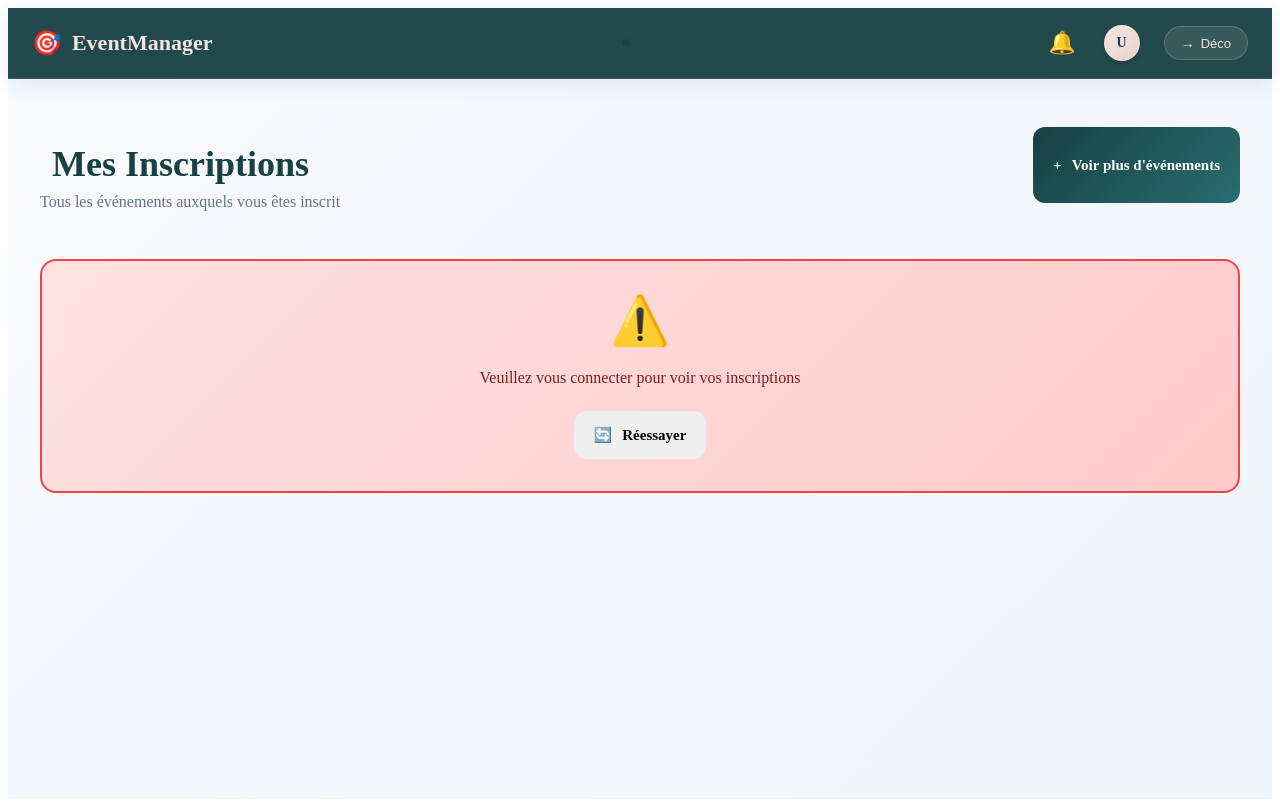
Repository: RADJA-A/DahiliRadja_Pjt_IW
Page: /participant/mes-inscriptions (app in Front/gerement/)
An editor plug-in stored every save of this project. The page is shown before and after the next save, followed by the edit.
The browser window is 1280 px wide. The pictures show the whole page.
The project was rebuilt for these pictures with package versions that can differ from the ones it lists, and the page was loaded fresh each time. Also part of the build but not shown: Front/gerement/angular.json, Front/gerement/src/app/pages/home/home.component.ts, Front/gerement/src/app/components/avantages/avantages.component.ts, Front/gerement/src/app/components/procedure/procedure.component.ts, Front/gerement/src/app/components/services/services.component.ts, Front/gerement/src/app/pages/login/login.component.ts, Front/gerement/src/app/core/services/auth.service.ts, Front/gerement/src/app/pages/signin/signin.component.ts and 8 more.

Above is the page before, as saved 2025-12-15 20:08:42.

### Front/gerement/src/index.html
<!doctype html>
<html lang="en">
<head>
  <meta charset="utf-8">
  <title>Gerement</title>
  <base href="/">
  <meta name="viewport" content="width=device-width, initial-scale=1">
   <link rel="icon" type="image/x-icon" href="1.png">
</head>
<body>


  <app-root></app-root>
</body>
</html>

### Front/gerement/src/app/app.config.ts
import { ApplicationConfig, provideZoneChangeDetection } from '@angular/core';
import { provideRouter } from '@angular/router';
import { provideHttpClient, withInterceptors } from '@angular/common/http';
import { routes } from './app.routes';
import { authInterceptor } from './interceptors/auth.interceptor'; // Notez : pas de AuthInterceptor class

export const appConfig: ApplicationConfig = {
  providers: [
    provideZoneChangeDetection({ eventCoalescing: true }),
    provideRouter(routes),
    provideHttpClient(
      withInterceptors([authInterceptor])  // Utilisez la fonction
    )
  ]
};

### Front/gerement/src/app/app.component.ts
import { Component } from '@angular/core';
import { CommonModule } from '@angular/common';
import { Router, RouterOutlet, NavigationEnd } from '@angular/router';
import { HeaderComponent } from './components/header/header.component';
import { FooterComponent } from './components/footer/footer.component';
import { NavbarComponent } from './components/navbar/navbar.component';
import { filter } from 'rxjs/operators';

@Component({
  selector: 'app-root',
  standalone: true,
  imports: [
    CommonModule,
    RouterOutlet,
    HeaderComponent,
    FooterComponent,
    NavbarComponent // ← Ajout
  ],
  templateUrl: './app.component.html',
  styleUrls: ['./app.component.css']
})
export class AppComponent {
  title = 'gerement';
  showNavbar = false;

  constructor(private router: Router) {
    // Déterminer quand afficher la navbar
    this.router.events.pipe(
      filter(event => event instanceof NavigationEnd)
    ).subscribe((event: any) => {
      const url = event.url;
      this.showNavbar = !['/', '/login', '/signin'].includes(url);
    });
  }
}

### Front/gerement/src/app/app.routes.ts
import { Routes } from '@angular/router';
import { HomeComponent } from './pages/home/home.component';
import { LoginComponent } from './pages/login/login.component';
import { SigninComponent } from './pages/signin/signin.component';

// Organisateur
import { DashboardOrganisateurComponent } from './pages/organisateur/dashboard-organisateur/dashboard-organisateur.component';
import { MesEvenementsComponent } from './pages/organisateur/mes-evenements/mes-evenements.component';
import { CreerEvenementComponent } from './pages/organisateur/creer-evenement/creer-evenement.component';
import { ParticipantsEvenementComponent } from './pages/organisateur/participants-evenement/participants-evenement.component';
import { ModifierEvenementComponent } from './pages/organisateur/modifier-evenement/modifier-evenement.component';
// Participant
import { EvenementsDisponiblesComponent } from './pages/participant/evenements-disponibles/evenements-disponibles.component';
import { MesInscriptionsComponent } from './pages/participant/mes-inscriptions/mes-inscriptions.component';
import { DetailEvenementComponent } from './pages/participant/detail-evenement/detail-evenement.component';

export const routes: Routes = [
  { path: '', component: HomeComponent },
  { path: 'login', component: LoginComponent },
  { path: 'signin', component: SigninComponent },

  // Routes Organisateur
  { path: 'organisateur/dashboard', component: DashboardOrganisateurComponent },
  { path: 'organisateur/mes-evenements', component: MesEvenementsComponent },
  { path: 'organisateur/creer-evenement', component: CreerEvenementComponent },
   { path: 'organisateur/modifier-evenement/:id', component: ModifierEvenementComponent }, // ← AJOUT

  { path: 'organisateur/participants/:id', component: ParticipantsEvenementComponent },

  // Routes Participant
  { path: 'participant/evenements', component: EvenementsDisponiblesComponent },
  { path: 'participant/mes-inscriptions', component: MesInscriptionsComponent },
  { path: 'participant/evenement/:id', component: DetailEvenementComponent },

  { path: '**', redirectTo: '' }
];

### Front/gerement/src/app/interceptors/auth.interceptor.ts
// src/app/interceptors/auth.interceptor.ts
import { HttpInterceptorFn } from '@angular/common/http';
import { inject } from '@angular/core';
import { AuthService } from '../services/auth.service';

export const authInterceptor: HttpInterceptorFn = (req, next) => {
  const authService = inject(AuthService);
  const authHeaders = authService.getAuthHeaders();

  // Si pas de headers d'auth, passer à la suite
  if (Object.keys(authHeaders).length === 0) {
    return next(req);
  }

  // Pas besoin de convertir, authHeaders est déjà un objet simple
  const authReq = req.clone({
    setHeaders: authHeaders
  });

  return next(authReq);
};

### Front/gerement/src/app/app.component.html
<app-header *ngIf="!showNavbar"></app-header>
<app-navbar *ngIf="showNavbar"></app-navbar>
<router-outlet></router-outlet>
<app-footer *ngIf="!showNavbar"></app-footer>

### Front/gerement/src/app/components/header/header.component.ts
import { Component } from '@angular/core';
import { Router, RouterModule } from '@angular/router';

@Component({
  selector: 'app-header',
  standalone: true,
  imports: [RouterModule],
  templateUrl: './header.component.html',
  styleUrls: ['./header.component.css']
})
export class HeaderComponent {
  constructor(private router: Router) {}

  navigateToLogin() {
    this.router.navigate(['/login']);
  }

  navigateToSignin() {
    this.router.navigate(['/signin']);
  }

}

### Front/gerement/src/app/components/navbar/navbar.component.ts
import { Component, OnInit } from '@angular/core';
import { Router, RouterModule } from '@angular/router';
import { CommonModule } from '@angular/common';
import { NotificationsComponent } from '../notifications/notifications.component';
import { NotificationService } from '../../services/notification.service';

@Component({
  selector: 'app-navbar',
  imports: [CommonModule, NotificationsComponent, RouterModule],
  templateUrl: './navbar.component.html',
  styleUrls: ['./navbar.component.css']
})
export class NavbarComponent implements OnInit {
  user: any;
  notificationsCount = 0;
  showNotifications = false;

  constructor(
    private router: Router,
    private notificationService: NotificationService
  ) {}

  ngOnInit() {
    this.loadUser();
  }

  loadUser() {
    const userStr = localStorage.getItem('user');
    if (userStr) {
      this.user = JSON.parse(userStr);
      this.loadNotificationsCount();
    }
  }

  loadNotificationsCount() {
    this.notificationService.getNotificationsNonLues(this.user.id).subscribe(
      (notifications) => {
        this.notificationsCount = notifications.length;
      }
    );
  }

  toggleNotifications() {
    this.showNotifications = !this.showNotifications;
  }

  logout() {
    localStorage.removeItem('user');
    this.router.navigate(['/login']);
  }

  isOrganisateur(): boolean {
    const role = this.user?.role;
    return role === 'ORGANIZER' || role === 'ADMIN';
  }

  isParticipant(): boolean {
    const role = this.user?.role;
    return role === 'PARTICIPANT';
  }

  getUserInitials(): string {
    if (!this.user) return 'U';
    const first = this.user.prenom?.[0] || '';
    const last = this.user.nom?.[0] || '';
    return (first + last).toUpperCase() || 'U';
  }

  getUserRole(): string {
    if (!this.user) return '';
    const roles: { [key: string]: string } = {
      'ORGANIZER': 'Organisateur',
      'ADMIN': 'Administrateur',
      'PARTICIPANT': 'Participant'
    };
    return roles[this.user.role] || this.user.role;
  }
}

### Front/gerement/src/app/components/header/header.component.html
<div id="logindiv">
  <nav>
    <h1>Gerement</h1>
    <ul class="liste">
      <li><a href="#avantages">Avantages</a></li>
      <li><a href="#services">Nos services</a></li>
      <li><a href="#procedure">Procedure</a></li>
    </ul>

    <!-- Wrap the buttons -->
    <div class="button-group">
      <button id="connectbtn" (click)="navigateToLogin()">Se connecter</button>
      <button id="signinbtn" (click)="navigateToSignin()">S'inscrire</button>
    </div>
  </nav>
</div>

### Front/gerement/src/app/components/header/header.component.css
*{
    font-family: DM sans-serif ;
}


body::-webkit-scrollbar {
    width : 10px;
}

body::-webkit-scrollbar-track {
    background :#174143;
}

body::-webkit-scrollbar-thumb {
    background-color :#F5E5E1;
    border-radius: 10px 10px ;
}


nav {
    display: flex;
    justify-content: space-between; /* h1 left, everything else right */
    align-items: center;
    padding: 0 20px;
}

.button-group {
    display: flex;
    gap: 10px; /* space between the two buttons */
}


nav h1 {
    color: #174143;
    margin: 0;
}

nav ul {
    display: flex;
    list-style: none;
    margin: 0;
    padding: 0;
    gap: 30px;
    align-items: center;
    font-size: 20px;
}

nav ul li {
    margin: 0;
    padding: 0;
}

nav ul li a {
    text-decoration: none;
    color: black;
    line-height: 1;
    display: flex;
    align-items: center;
}

nav ul li a:hover{
    font-weight: bold;
}


button{
    border: none;
    border-radius: 50px;
     background-color:  #174143;
    color: white;
    height : 48px;
    width : 134px;
    font-size: 19px;
}

button:hover{
    cursor: pointer;
    transition : 0.2s ease-in-out  ;
    background-color:  #F5E5E1;
    color:  #174143;
}

### Front/gerement/src/app/components/footer/footer.component.html
<footer class="custom-footer">
  <div class="footer-section">
    <p>Université d'alger 1</p>
    <p>Alger centre</p>
    <p>Alger, Algerie</p>
  </div>



  <div class="footer-bottom">
    <p>Gerement™</p>
    <p>© 2025 All Rights Reserved</p>
  </div>
</footer>

### Front/gerement/src/app/components/footer/footer.component.css
.custom-footer {
  background: #174143;
  padding: 30px;
  text-align: center;
  color: #F5E5E1;
  font-family: Arial, sans-serif;
  border-top: 1px solid #ddd;
}


.footer-bottom {
  margin-top: 15px;
  font-size: 13px;
  color: #d7beb8;
}

### Front/gerement/src/app/components/navbar/navbar.component.html
<nav class="navbar">
  <div class="navbar-container">
    <!-- Brand -->
    <div class="navbar-brand">
      <div class="brand-content">
        <span class="brand-icon">🎯</span>
        <h2>Event<span class="highlight">Manager</span></h2>
      </div>
    </div>

    <!-- Menu -->
    <div class="navbar-menu">
      <ng-container *ngIf="isOrganisateur()">
        <a [routerLink]="['/organisateur/dashboard']"
           routerLinkActive="active"
           class="menu-link">
          <span class="link-icon"></span>
          Dashboard
        </a>
        <a [routerLink]="['/organisateur/mes-evenements']"
           routerLinkActive="active"
           class="menu-link">
          <span class="link-icon">📅</span>
          Mes Événements
        </a>
        <a [routerLink]="['/organisateur/creer-evenement']"
           routerLinkActive="active"
           class="menu-link create-btn">
          <span class="link-icon">+</span>
          Créer
        </a>
      </ng-container>

      <ng-container *ngIf="isParticipant()">
        <a [routerLink]="['/participant/evenements']"
           routerLinkActive="active"
           class="menu-link">
          <span class="link-icon">🎪</span>
          Événements
        </a>
        <a [routerLink]="['/participant/mes-inscriptions']"
           routerLinkActive="active"
           class="menu-link">
          <span class="link-icon">📋</span>
          Mes Inscriptions
        </a>
      </ng-container>
    </div>

    <!-- Actions -->
    <div class="navbar-actions">
      <!-- Notifications -->
      <div class="notification-container" (click)="toggleNotifications()">
        <div class="notification-icon" [class.has-notif]="notificationsCount > 0">
          🔔
          <span class="notification-badge" *ngIf="notificationsCount > 0">
            {{ notificationsCount }}
          </span>
        </div>
      </div>

      <!-- User -->
      <div class="user-container">
        <div class="user-avatar">
          {{ getUserInitials() }}
        </div>
        <div class="user-info">
          <span class="user-name">{{ user?.prenom }} {{ user?.nom }}</span>
          <span class="user-role">{{ getUserRole() }}</span>
        </div>
        <button class="logout-btn" (click)="logout()">
          <span class="logout-icon">→</span>
          Déco
        </button>
      </div>
    </div>
  </div>

  <!-- Notifications Panel -->
  <app-notifications *ngIf="showNotifications" [userId]="user?.id"></app-notifications>
</nav>

### Front/gerement/src/app/components/navbar/navbar.component.css
/* Navbar */
.navbar {
  background: rgba(23, 65, 67, 0.95);
  backdrop-filter: blur(10px);
  box-shadow: 0 4px 24px rgba(23, 65, 67, 0.1);
  border-bottom: 1px solid rgba(245, 229, 225, 0.1);
  position: sticky;
  top: 0;
  z-index: 1000;
}

.navbar-container {
  max-width: 1400px;
  margin: 0 auto;
  padding: 0 24px;
  height: 70px;
  display: flex;
  justify-content: space-between;
  align-items: center;
  gap: 30px;
}

/* Brand */
.brand-content {
  display: flex;
  align-items: center;
  gap: 10px;
  cursor: pointer;
}

.brand-content:hover {
  opacity: 0.9;
}

.brand-icon {
  font-size: 24px;
}

.navbar-brand h2 {
  color: #F5E5E1;
  font-size: 22px;
  font-weight: 700;
  margin: 0;
}

.highlight {
  color: #F5E5E1;
  font-weight: 800;
}

/* Menu */
.navbar-menu {
  display: flex;
  gap: 2px;
  background: rgba(0, 0, 0, 0.1);
  padding: 4px;
  border-radius: 12px;
}

.menu-link {
  display: flex;
  align-items: center;
  gap: 8px;
  color: rgba(245, 229, 225, 0.8);
  text-decoration: none;
  font-weight: 500;
  font-size: 14px;
  padding: 10px 18px;
  border-radius: 8px;
  transition: all 0.3s ease;
}

.menu-link:hover {
  color: #F5E5E1;
  background: rgba(245, 229, 225, 0.1);
  transform: translateY(-1px);
}

.menu-link.active {
  color: #F5E5E1;
  background: rgba(245, 229, 225, 0.15);
  box-shadow: 0 2px 8px rgba(0, 0, 0, 0.1);
}

.link-icon {
  font-size: 16px;
  transition: transform 0.3s ease;
}

.menu-link:hover .link-icon,
.menu-link.active .link-icon {
  transform: scale(1.1);
}

/* Create Button */
.create-btn {
  background: linear-gradient(135deg, #174143, #2a5d5f);
  color: white !important;
  font-weight: 600;
  margin-left: 4px;
}

.create-btn:hover {
  background: linear-gradient(135deg, #2a5d5f, #3c6f71);
  transform: translateY(-2px);
  box-shadow: 0 4px 12px rgba(23, 65, 67, 0.3);
}

/* Actions */
.navbar-actions {
  display: flex;
  align-items: center;
  gap: 20px;
}

/* Notifications */
.notification-container {
  position: relative;
  cursor: pointer;
}

.notification-icon {
  font-size: 22px;
  padding: 8px;
  border-radius: 50%;
  transition: all 0.3s ease;
  position: relative;
}

.notification-icon:hover {
  background: rgba(245, 229, 225, 0.1);
  transform: scale(1.1);
}

.notification-icon.has-notif {
  animation: bellRing 0.5s ease;
}

@keyframes bellRing {
  0%, 100% { transform: rotate(0); }
  25% { transform: rotate(15deg); }
  75% { transform: rotate(-15deg); }
}

.notification-badge {
  position: absolute;
  top: 0;
  right: 0;
  background: #ff4757;
  color: white;
  border-radius: 50%;
  min-width: 18px;
  height: 18px;
  font-size: 10px;
  font-weight: 700;
  display: flex;
  align-items: center;
  justify-content: center;
  border: 2px solid #174143;
}

/* User */
.user-container {
  display: flex;
  align-items: center;
  gap: 12px;
}

.user-avatar {
  width: 36px;
  height: 36px;
  border-radius: 50%;
  background: linear-gradient(135deg, #F5E5E1, #e8d4cf);
  color: #174143;
  font-weight: 700;
  font-size: 14px;
  display: flex;
  align-items: center;
  justify-content: center;
  box-shadow: 0 2px 6px rgba(0, 0, 0, 0.2);
}

.user-info {
  display: flex;
  flex-direction: column;
}

.user-name {
  color: #F5E5E1;
  font-weight: 600;
  font-size: 14px;
}

.user-role {
  color: rgba(245, 229, 225, 0.6);
  font-size: 11px;
  text-transform: uppercase;
  letter-spacing: 0.5px;
}

/* Logout Button */
.logout-btn {
  display: flex;
  align-items: center;
  gap: 6px;
  background: rgba(245, 229, 225, 0.1);
  color: #F5E5E1;
  border: 1px solid rgba(245, 229, 225, 0.2);
  border-radius: 20px;
  padding: 8px 16px;
  font-size: 13px;
  font-weight: 500;
  cursor: pointer;
  transition: all 0.3s ease;
}

.logout-btn:hover {
  background: rgba(245, 229, 225, 0.2);
  transform: translateX(4px);
}

.logout-icon {
  font-size: 14px;
  transition: transform 0.3s ease;
}

.logout-btn:hover .logout-icon {
  transform: translateX(2px);
}

/* Responsive */
@media (max-width: 1024px) {
  .navbar-container {
    padding: 0 16px;
    gap: 20px;
  }

  .menu-link span:not(.link-icon) {
    display: none;
  }

  .menu-link {
    padding: 10px;
  }

  .user-name {
    display: none;
  }

  .user-role {
    display: none;
  }
}

### Front/gerement/src/app/services/notification.service.ts
import { Injectable } from '@angular/core';
import { HttpClient, HttpErrorResponse } from '@angular/common/http';
import { Observable, catchError, tap, throwError, of } from 'rxjs';

export interface Notification {
  id?: number;
  userId: number;
  titre: string;
  message: string;
  type: string;
  evenementId?: number;
  inscriptionId?: number;
  lu: boolean;
  dateCreation?: string;
  dateLecture?: string;
}

@Injectable({
  providedIn: 'root'
})
export class NotificationService {
  private apiUrl = 'http://localhost:8083/api/notifications';

  constructor(private http: HttpClient) {}

  // Toutes mes notifications
  getMesNotifications(userId: number): Observable<Notification[]> {
    console.log(`Fetching notifications for user ${userId} from ${this.apiUrl}/user/${userId}`);

    return this.http.get<Notification[]>(`${this.apiUrl}/user/${userId}`).pipe(
      tap(data => console.log(`Received ${data?.length || 0} notifications:`, data)),
      catchError(error => {
        console.error('Error in getMesNotifications:', error);
        return of([]);
      })
    );
  }

  // Notifications non lues
  getNotificationsNonLues(userId: number): Observable<Notification[]> {
    console.log(`Fetching unread notifications for user ${userId}`);
    return this.http.get<Notification[]>(`${this.apiUrl}/user/${userId}/non-lues`).pipe(
      tap(data => console.log(`Received ${data?.length || 0} unread notifications`)),
      catchError(error => {
        console.error('Error in getNotificationsNonLues:', error);
        return of([]);
      })
    );
  }

  // Marquer comme lue
  marquerCommeLue(notificationId: number, userId: number): Observable<Notification> {
    console.log(`Marking notification ${notificationId} as read for user ${userId}`);
    return this.http.put<Notification>(`${this.apiUrl}/${notificationId}/marquer-lue`, {}, {
      headers: { 'User-Id': userId.toString() }
    }).pipe(
      tap(data => console.log('Notification marked as read:', data)),
      catchError(error => {
        console.error('Error in marquerCommeLue:', error);
        return throwError(() => error);
      })
    );
  }

  // Marquer toutes comme lues
  marquerToutesLues(userId: number): Observable<void> {
    console.log(`Marking all notifications as read for user ${userId}`);
    return this.http.put<void>(`${this.apiUrl}/user/${userId}/marquer-toutes-lues`, {}).pipe(
      tap(() => console.log('All notifications marked as read')),
      catchError(error => {
        console.error('Error in marquerToutesLues:', error);
        return throwError(() => error);
      })
    );
  }

  // Supprimer notification
  supprimerNotification(notificationId: number, userId: number): Observable<void> {
    console.log(`Deleting notification ${notificationId} for user ${userId}`);
    return this.http.delete<void>(`${this.apiUrl}/${notificationId}`, {
      headers: { 'User-Id': userId.toString() }
    }).pipe(
      tap(() => console.log('Notification deleted')),
      catchError(error => {
        console.error('Error in supprimerNotification:', error);
        return throwError(() => error);
      })
    );
  }

  // Get notification statistics
  getStatistiques(userId: number): Observable<any> {
    return this.http.get<any>(`${this.apiUrl}/user/${userId}/stats`).pipe(
      catchError(error => {
        console.error('Error in getStatistiques:', error);
        return throwError(() => error);
      })
    );
  }
}

### Front/gerement/src/app/services/evenement.service.ts
import { Injectable } from '@angular/core';
import { HttpClient } from '@angular/common/http';
import { Observable } from 'rxjs';

export interface Evenement {
  id?: number;
  titre: string;
  type: string;
  lieu: string;
  dateDebut: string;
  dateFin: string;
  capaciteMax: number;
  nombreInscrits?: number;
  organisateurId: number;
  statut?: string;
  imageUrl?: string;
  programme?: string;
  placesDisponibles?: number;
}
@Injectable({
  providedIn: 'root'
})
export class EvenementService {
  private apiUrl = 'http://localhost:8082/api/evenements';

  constructor(private http: HttpClient) {}

  // Tous les événements
  getAllEvenements(): Observable<Evenement[]> {
    return this.http.get<Evenement[]>(this.apiUrl);
  }

  // Événements d'un organisateur
  getMesEvenements(organisateurId: number): Observable<Evenement[]> {
    return this.http.get<Evenement[]>(`${this.apiUrl}/organisateur/${organisateurId}`);
  }

  // Un événement par ID
  getEvenementById(id: number): Observable<Evenement> {
    return this.http.get<Evenement>(`${this.apiUrl}/${id}`);
  }

  // Créer événement
  createEvenement(evenement: Evenement): Observable<Evenement> {
    return this.http.post<Evenement>(this.apiUrl, evenement);
  }

  // Modifier événement
  updateEvenement(id: number, evenement: any, userId: number): Observable<Evenement> {
    return this.http.put<Evenement>(`${this.apiUrl}/${id}`, evenement, {
      headers: { 'User-Id': userId.toString() }
    });

  }

  // Supprimer événement
  deleteEvenement(id: number, userId: number): Observable<void> {
    return this.http.delete<void>(`${this.apiUrl}/${id}`, {
      headers: { 'User-Id': userId.toString() }
    });
  }

  // Rechercher
  searchEvenements(params: any): Observable<Evenement[]> {
    return this.http.get<Evenement[]>(`${this.apiUrl}/search`, { params });
  }

  // Statistiques
  getStatistiques(organisateurId: number): Observable<any> {
    return this.http.get(`${this.apiUrl}/statistiques/${organisateurId}`);
  }

   /**
   * Calcule le statut d'un événement côté frontend
   * Utile pour afficher le bon statut sans recharger la page
   */
  calculerStatut(evenement: Evenement): string {
    const now = new Date();
    const dateDebut = new Date(evenement.dateDebut);
    const dateFin = new Date(evenement.dateFin);

    // Si l'événement est annulé, retourner directement
    if (evenement.statut === 'ANNULE') {
      return 'ANNULE';
    }

    if (dateDebut > now) {
      return 'AVENIR';
    } else if (dateDebut < now && dateFin > now) {
      return 'ENCOURS';
    } else {
      return 'TERMINE';
    }
  }

  /**
   * Récupère et met à jour les statuts côté backend
   */
  mettreAJourStatuts(): Observable<void> {
  return this.http.post<void>(`${this.apiUrl}/update-status`, {});

}
}

Loaded but not shown: Front/gerement/src/styles.css (common file); Front/gerement/src/main.ts (common file); Front/gerement/src/app/components/footer/footer.component.ts (common file); Front/gerement/src/app/services/inscription.service.ts (353 lines, source omitted); Front/gerement/src/app/pages/participant/mes-inscriptions/mes-inscriptions.component.css (526 lines, source omitted); Front/gerement/src/app/services/auth.service.ts (236 lines, source omitted); Front/gerement/src/app/pages/participant/mes-inscriptions/mes-inscriptions.component.ts (214 lines, source omitted); Front/gerement/src/app/pages/participant/mes-inscriptions/mes-inscriptions.component.html (132 lines, source omitted); Front/gerement/src/app/app.component.css (no stored copy; drawn as an empty file)

After the next save:
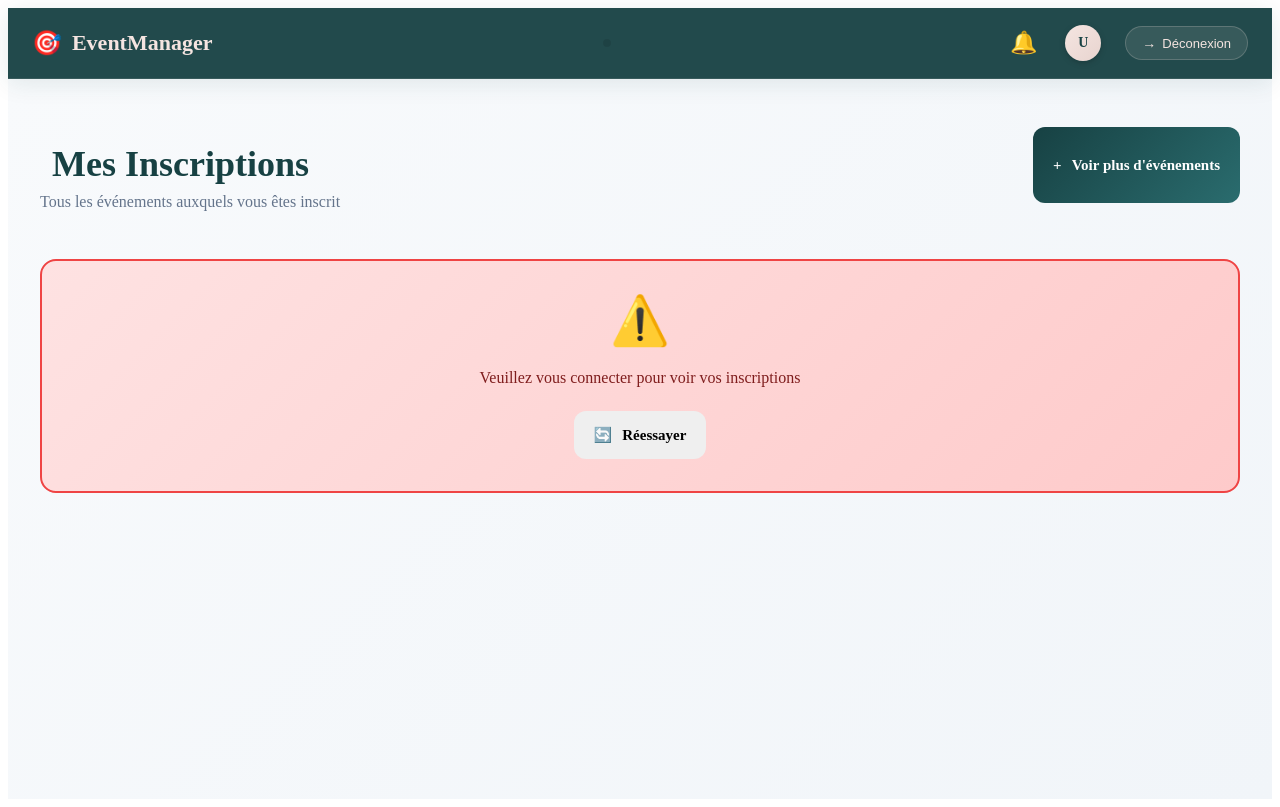
Saved 11 s later.
--- a/Front/gerement/src/app/components/navbar/navbar.component.html
+++ b/Front/gerement/src/app/components/navbar/navbar.component.html
@@ -70,7 +70,7 @@
         </div>
         <button class="logout-btn" (click)="logout()">
           <span class="logout-icon">→</span>
-          Déco
+          Déconexion
         </button>
       </div>
     </div>
